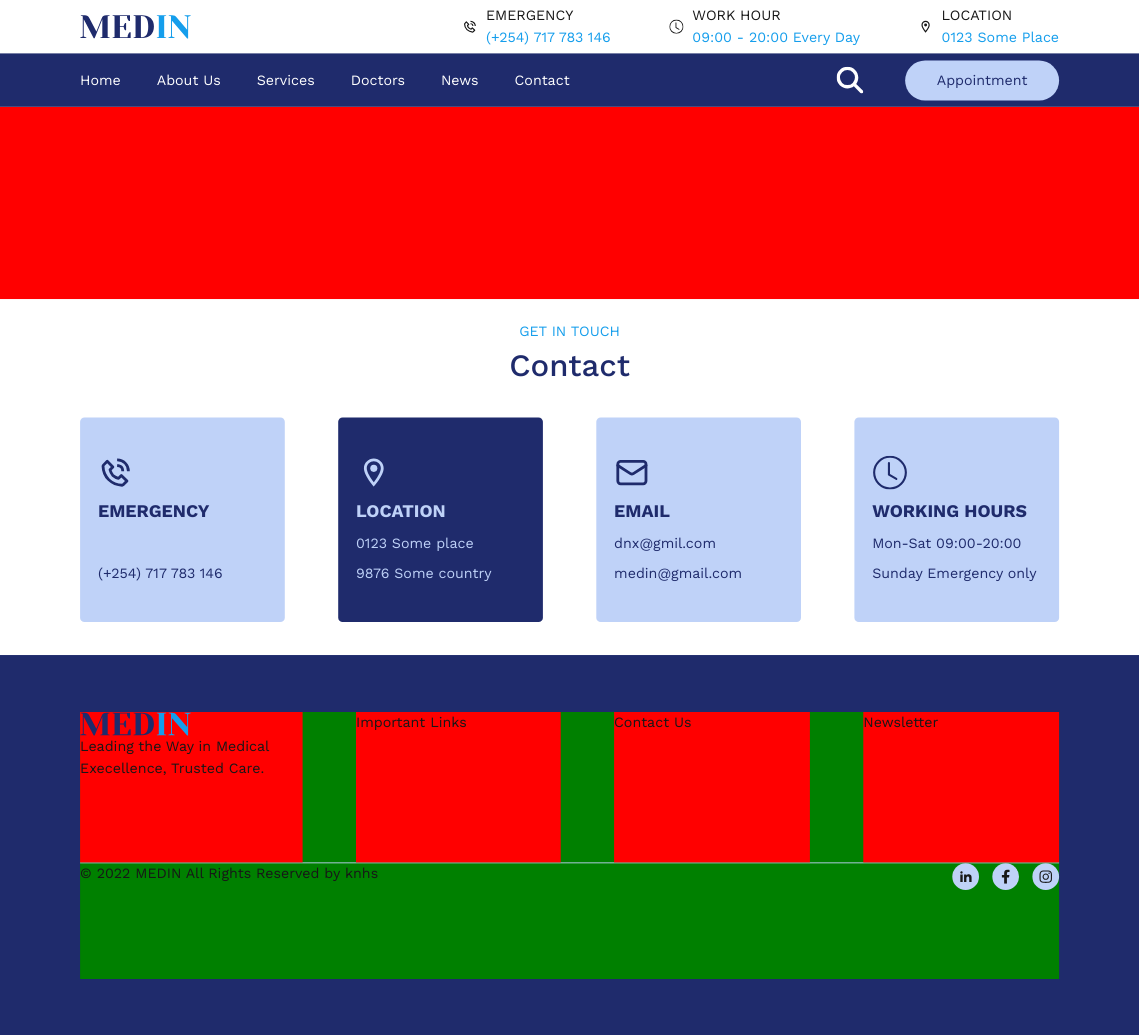
Repository: SynHK3/Poc_Hospital
Page: /appointment (app in fe_hospital/)
The author's editor kept a copy of each file at every save. The page is drawn from the files as they stood at one save, then again after a run of saves.
The browser window is 1280 px wide. The pictures show the whole page, at 89% of full size.
The project was rebuilt for these pictures with package versions that can differ from the ones it lists, and the page was loaded fresh each time. The framework's server and built-in components were replaced by stand-ins that run in the browser. Also part of the build but not shown: fe_hospital/next.config.ts.

Above is the page before, as saved 2025-09-02 16:47:23.

### fe_hospital/src/app/layout.tsx
import type { Metadata } from "next";
import { Geist, Geist_Mono, Work_Sans } from "next/font/google";
import "./globals.css";

const geistSans = Geist({
  variable: "--font-geist-sans",
  subsets: ["latin"],
});

const geistMono = Geist_Mono({
  variable: "--font-geist-mono",
  subsets: ["latin"],
});

const workSans = Work_Sans({
  subsets: ["latin"],
  weight: ["400", "500", "600", "700"], // chọn các weight cần
});

export const metadata: Metadata = {
  title: "Create Next App",
  description: "Generated by create next app",
};

export default function RootLayout({
  children,
}: Readonly<{
  children: React.ReactNode;
}>) {
  return (
    <html lang="en">
      <body
        className={`${workSans.className} ${geistMono.variable} antialiased`}
      >
        {children}
      </body>
    </html>
  );
}

### fe_hospital/src/app/appointment/page.tsx
import Header from "@/components/header/header";
import "./appointment.css";
import Contact from "@/components/contact/contact";
import Footer from "@/components/footer/footer";

export default function Appointment() {
  return (
    <div>
      <Header></Header>
      <div className="container__content--appointment"></div>
      <Contact></Contact>
      <Footer></Footer>
    </div>
  );
}

### fe_hospital/src/components/header/header.tsx
import Logo from "../../images/Logo.svg";
import Image from "next/image";
import { BiPhoneCall } from "react-icons/bi";
import { FaMagnifyingGlass } from "react-icons/fa6";
import { BsClock } from "react-icons/bs";
import { MdOutlineLocationOn } from "react-icons/md";
import "./header.css";

export default function Header() {
  return (
    <div className="container__header">
      <div className="header__layout">
        <div className="header__headline">
          <Image src={Logo} width={125} height={42} alt=""></Image>

          <div className="header__headline--info">
            <div className="header__headline--info--item">
              <BiPhoneCall className="icon__info--item"></BiPhoneCall>

              <div className="header__headline--info--desc">
                <h3>EMERGENCY</h3>
                <h5>(+254) 717 783 146</h5>
              </div>
            </div>

            <div className="header__headline--info--item">
              <BsClock className="icon__info--item"></BsClock>

              <div className="header__headline--info--desc">
                <h3>WORK HOUR</h3>
                <h5>09:00 - 20:00 Every Day</h5>
              </div>
            </div>

            <div className="header__headline--info--item">
              <MdOutlineLocationOn className="icon__info--item"></MdOutlineLocationOn>

              <div className="header__headline--info--desc">
                <h3>LOCATION</h3>
                <h5>0123 Some Place</h5>
              </div>
            </div>
          </div>
        </div>

        <div className="header__nav">
          <div className="layout__header--nav">
            <ul className="header__list--nav">
              <li>Home</li>
              <li>About Us</li>
              <li>Services</li>
              <li>Doctors</li>
              <li>News</li>
              <li>Contact</li>
            </ul>

            <div className="header__nav--appoinment">
              <FaMagnifyingGlass fontSize={30}></FaMagnifyingGlass>

              <button className="header__btn--appointment">Appointment</button>
            </div>
          </div>
        </div>
      </div>
    </div>
  );
}

### fe_hospital/src/app/appointment/appointment.css
.container__content--appointment {
  width: 100%;
  height: 30vh;
  background-color: red;
}

### fe_hospital/src/components/contact/contact.tsx
import "./contact.css";

import { BiPhoneCall } from "react-icons/bi";
import { MdOutlineLocationOn } from "react-icons/md";
import { LuMail } from "react-icons/lu";
import { BsClock } from "react-icons/bs";

export default function Contact() {
  return (
    <div className="container__contact">
      <div className="container__layout--contact">
        <div className="content__contact--headline">
          <h6>GET IN TOUCH</h6>
          <h1>Contact</h1>
        </div>

        <ul className="content__list--contact">
          <li>
            <div className="contact--item">
              <BiPhoneCall className="contact__item--icon"></BiPhoneCall>
              <h1>EMERGENCY</h1>

              <h3 style={{ visibility: "hidden" }}>dnx@gmil.com</h3>
              <p>(+254) 717 783 146</p>
            </div>
          </li>
          <li>
            <div className="contact--item">
              <MdOutlineLocationOn className="contact__item--icon"></MdOutlineLocationOn>
              <h1>LOCATION</h1>

              <p>0123 Some place</p>
              <p>9876 Some country</p>
            </div>
          </li>
          <li>
            <div className="contact--item">
              <LuMail className="contact__item--icon"></LuMail>
              <h1>EMAIL</h1>

              <p>dnx@gmil.com</p>
              <p>medin@gmail.com</p>
            </div>
          </li>
          <li>
            <div className="contact--item">
              <BsClock className="contact__item--icon"></BsClock>
              <h1 className="headline--item">WORKING HOURS</h1>

              <p>Mon-Sat 09:00-20:00</p>
              <p>Sunday Emergency only</p>
            </div>
          </li>
        </ul>
      </div>
    </div>
  );
}

### fe_hospital/src/components/footer/footer.tsx
import "./footer.css";
import { RiLinkedinFill } from "react-icons/ri";
import { FaFacebookF } from "react-icons/fa";
import { FaInstagram } from "react-icons/fa";
import Image from "next/image";
import Logo from "../../images/Logo.svg";

export default function Footer() {
  return (
    <div className="container__footer">
      <div className="container__layout--footer">
        <ul className="list__footer--item">
          <li>
            <div>
              <Image src={Logo} width={125} height={42} alt=""></Image>
              <h1 className="headline__footer">Leading the Way in Medical Execellence, Trusted Care.</h1>
            </div>
          </li>
          <li>
            <div>
              <h1>Important Links</h1>
              <ul className="list--item--footer--link">
                <li></li>
                <li></li>
                <li></li>
                <li></li>
              </ul>
            </div>
          </li>

          <li>
            <div>
              <h1>Contact Us</h1>
              <ul className="list--item--footer--contact">
                <li></li>
                <li></li>
                <li></li>
                <li></li>
              </ul>
            </div>
          </li>
          <li>
            <div>
              <h1>Newsletter</h1>
            </div>
          </li>
        </ul>

        <div className="footer--line"></div>

        <div className="footer--link--social">
          <h3>© 2022 MEDIN All Rights Reserved by knhs</h3>

          <ul className="list--icon--link--social">
            <li>
              <RiLinkedinFill></RiLinkedinFill>
            </li>
            <li>
              <FaFacebookF></FaFacebookF>
            </li>
            <li>
              <FaInstagram></FaInstagram>
            </li>
          </ul>
        </div>
      </div>
    </div>
  );
}

### fe_hospital/src/components/header/header.css
.container__header {
  width: 100%;
  height: 120px;
}

.header__layout {
  display: flex;
  flex-direction: column;
  align-items: center;
  width: 100%;
}

.header__headline {
  display: flex;
  justify-content: space-between;
  width: 1100px;
  height: 60px;
}

.header__headline--info {
  width: 670px;
  display: flex;
  justify-content: space-between;
}

.header__headline--info--desc > h5 {
  color: #159eec;
}

.header__headline--info--item {
  height: 60px;
  display: flex;
  align-items: center;
}

.icon__info--item {
  font-size: 30;
  margin-right: 10px;
}

/* Header Nav */

.header__nav {
  display: flex;
  align-items: center;
  justify-content: center;
  width: 100%;
  height: 60px;
  background-color: #1f2b6c;
  color: white;
}

.layout__header--nav {
  display: flex;
  justify-content: space-between;
  align-items: center;
  width: 1100px;
  height: 60px;
}

.header__list--nav {
  width: 550px;
  display: flex;
  justify-content: space-between;
}

.header__nav--appoinment {
  width: 250px;
  height: 45px;
  display: flex;
  justify-content: space-between;
  align-items: center;
}

.header__btn--appointment {
  color: #1f2b6c;
  width: 173px;
  height: 45px;
  background-color: #bfd2f8;
  border-radius: 30px;
}

### fe_hospital/src/components/contact/contact.css
.container__contact {
  display: flex;
  width: 100%;
  height: 400px;
  justify-content: center;
}

.container__layout--contact {
  display: flex;
  flex-direction: column;
  justify-content: space-between;
  width: 1100px;
  height: 363px;
}

.content__contact--headline {
  display: flex;
  flex-direction: column;
  width: 100%;
  height: 127px;
  align-items: center;
  justify-content: center;
}

.content__list--contact {
  display: flex;
  justify-content: space-between;
  align-items: center;
}

.content__contact--headline > h1 {
  font-size: 35px;
  font-weight: 500;
  color: #1f2b6c;
}
.content__contact--headline > h6 {
  color: #159eec;
}

.content__list--contact > li {
  display: flex;
  align-items: center;
  width: 230px;
  height: 230px;
  background-color: #bfd2f8;
  border-radius: 5px;
}

.content__list--contact > li:nth-child(2) {
  background-color: #1f2b6c;
}

.content__list--contact > li:nth-child(2) > div > p,
.content__list--contact > li:nth-child(2) > div > h1,
.content__list--contact > li:nth-child(2) > div > .contact__item--icon {
  color: #bfd2f8;
}

.contact--item {
  margin-left: 20px;
  display: flex;
  flex-direction: column;
  justify-content: space-between;
  width: 126px;
  height: 145px;
}

.contact--item > h1 {
  width: 230px;
  font-size: 20px;
  font-weight: 700;
  color: #1f2b6c;
}

.contact--item > p {
  width: 230px;
  color: #1f2b6c;
}

.headline--item {
  width: 140px;
}

.contact__item--icon {
  width: 40px;
  height: 38px;
  color: #1f2b6c;
}

### fe_hospital/src/components/footer/footer.css
.container__footer {
  display: flex;
  width: 100%;
  height: 427px;
  justify-content: center;
  align-items: center;
  background-color: #1f2b6c;
}

.container__layout--footer {
  width: 1100px;
  height: 300px;
  background-color: green;
}

/* Footer Items  */
.list__footer--item {
  display: flex;
  justify-content: space-between;
  height: 169px;
}

.list__footer--item > li {
  background-color: red;
}

.list__footer--item > li:nth-child(2) {
  width: 230px;
}

.list__footer--item > li:nth-child(3) {
  width: 220px;
}

.list__footer--item > li:nth-child(4) {
  width: 220px;
}

.headline__footer {
  width: 250px;
}

/* Footer Line */

.footer--line {
  width: 100%;
  height: 1px;
  background-color: #bfd2f8;
}

.footer--link--social {
  justify-content: space-between;
  display: flex;
}

.list--icon--link--social {
  display: flex;
  justify-content: space-between;
  width: 120px;
}

.list--icon--link--social > li {
  display: flex;
  align-items: center;
  justify-content: center;
  width: 30px;
  height: 30px;
  background-color: #bfd2f8;
  border-radius: 50%;
}

Loaded but not shown: fe_hospital/src/app/globals.css (common file)

After the next 2 saves:
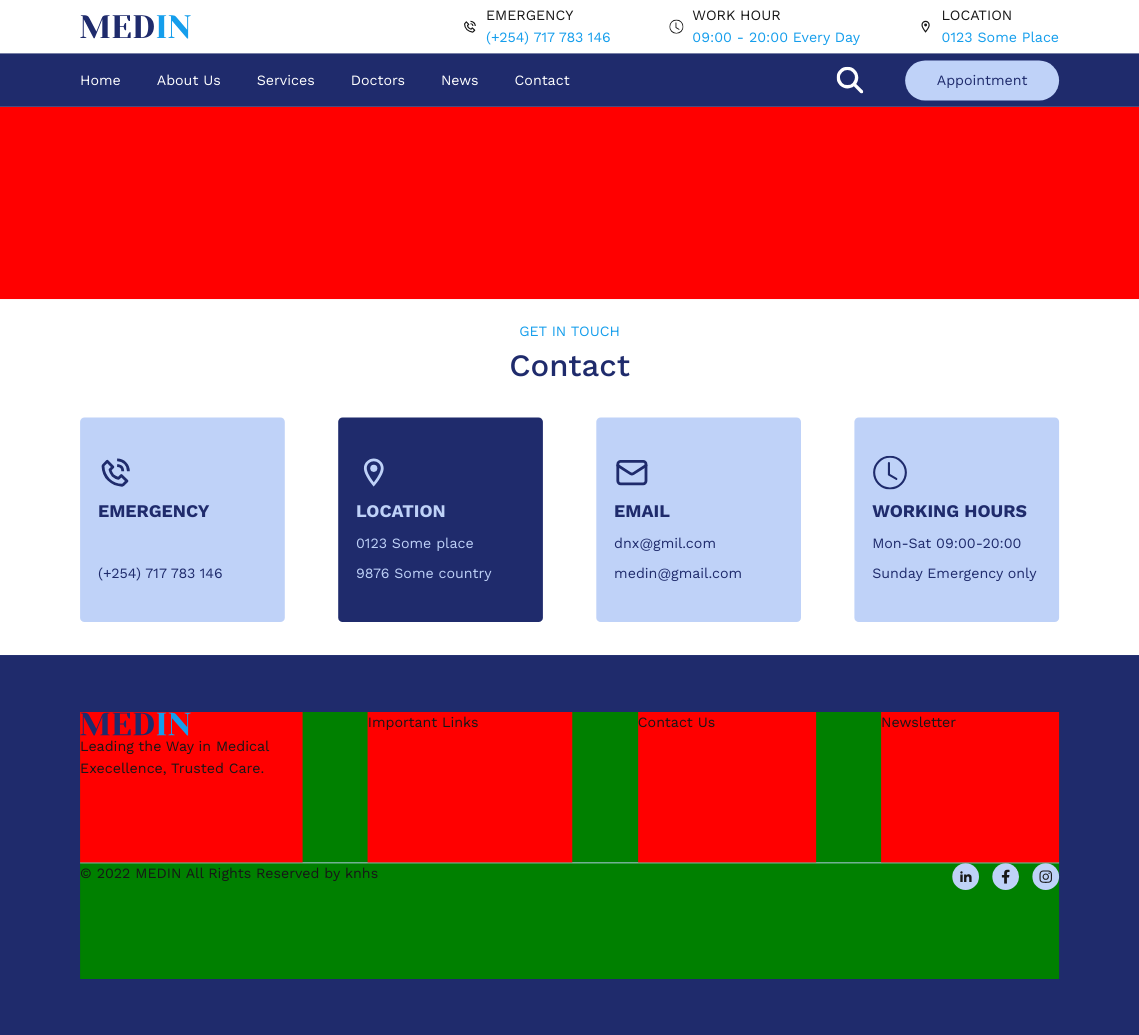
The 2 saves are shown as one change because they came seconds apart.
The last was saved 9 s later.
--- a/fe_hospital/src/components/footer/footer.css
+++ b/fe_hospital/src/components/footer/footer.css
@@ -29,11 +29,11 @@
 }
 
 .list__footer--item > li:nth-child(3) {
-  width: 220px;
+  width: 200px;
 }
 
 .list__footer--item > li:nth-child(4) {
-  width: 220px;
+  width: 200px;
 }
 
 .headline__footer {
